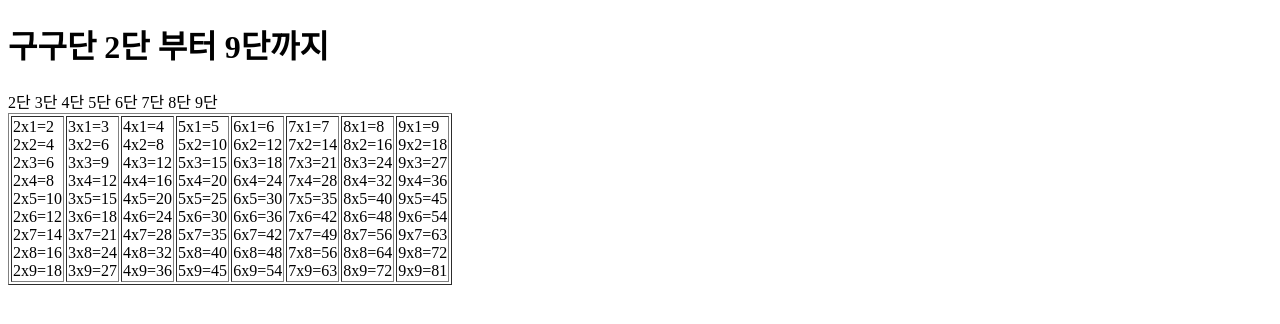
Repository: hyeongu135-ui/Jsp2026
Page: http://localhost/chapter01/test02.jsp
These files come from the project's save history. The page is drawn as it stood at one moment and after the next save; the edit follows.
The browser window is 1280 px wide. The pictures show the whole page.
The page is served by Tomcat 9.

Above is the page before, as saved 2026-10-16 04:22:11.

After the next save:
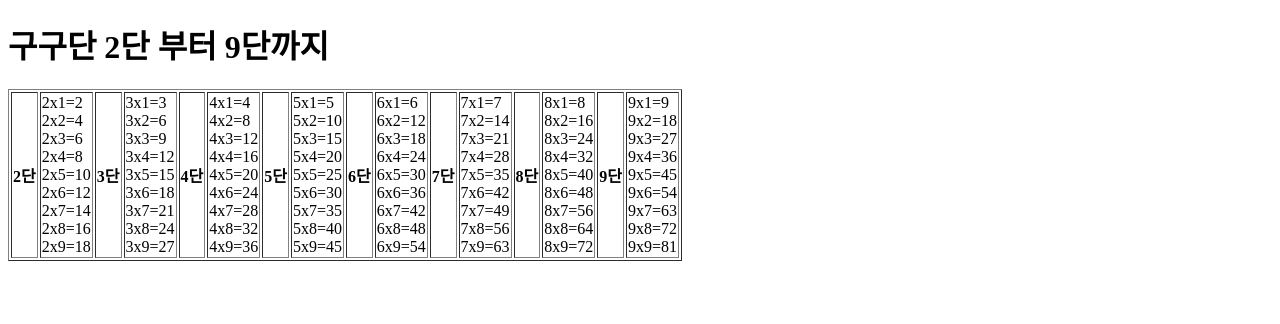
Saved 21 s later.
--- a/chapter01/src/main/webapp/test02.jsp
+++ b/chapter01/src/main/webapp/test02.jsp
@@ -13,9 +13,11 @@
 			<%
 			for (int i = 2; i < 10; i++) {
 			%>
+			<th>
 			<%=
 			i + "단"
 			%>
+			</th>
 			<td>
 
 
